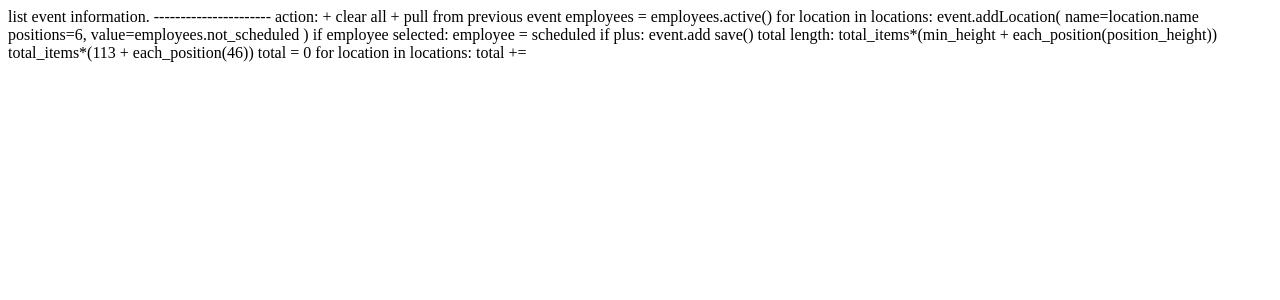
Repository: matthewrr/Employee-Scheduling-App
Page: outline.html
The author's editor kept a record of every edit. The page is drawn from the files as they stood at one moment, then again after the next edit.
The browser window is 1280 px wide. The pictures show the whole page.

Above is the page before.

### outline.html
list event information.
----------------------
action:
    + clear all
    + pull from previous event

employees = employees.active()

for location in locations:
    event.addLocation(
        name=location.name
        positions=6,
        value=employees.not_scheduled
        )

if employee selected:
    employee = scheduled
if plus:
    event.add

save()

total length:
    total_items*(min_height + each_position(position_height))

    total_items*(113 + each_position(46))

total = 0
for location in locations:
    total +=

After the next edit:
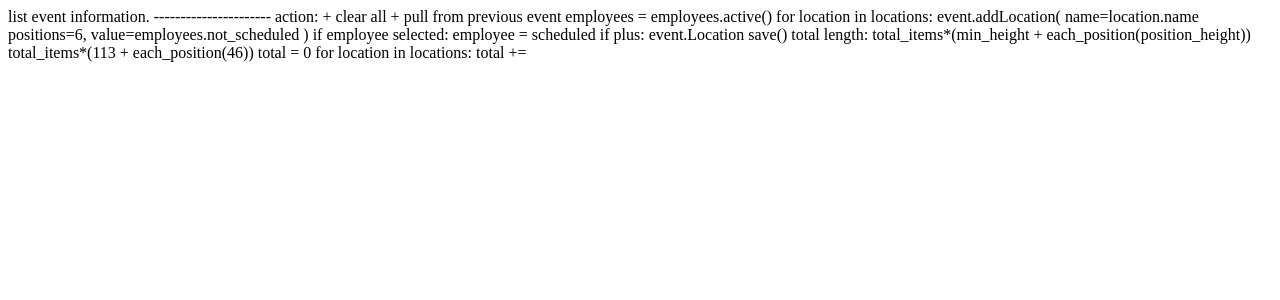
The edit:
--- a/outline.html
+++ b/outline.html
@@ -16,7 +16,7 @@
 if employee selected:
     employee = scheduled
 if plus:
-    event.add
+    event.Location
 
 save()
 
